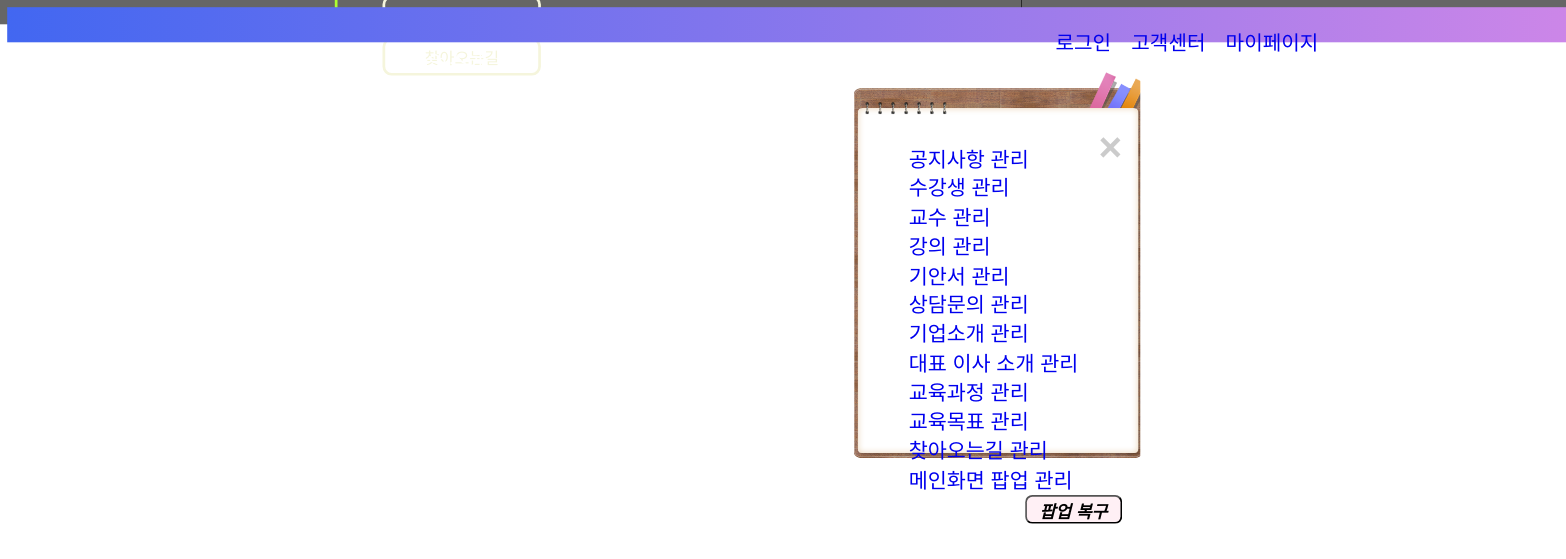
Repository: dldbfl/finalProject
Page: http://localhost/team4_project/WEB-INF/tiles/header.jsp
These files come from the project's save history. The page is drawn as it stood at one moment and after the next save; the edit follows.
The browser window is 1280 px wide. The page is 1740 px wide, so the pictures cover 1740 px, including what lies to the right of the window. The pictures show the whole page, at 90% of full size.
The page is served by Tomcat 9. Nobody is signed in. The template is opened directly, without the code that normally fills it, so the values that code supplies are empty.

Above is the page before, as saved 2020-07-08 07:56:15.
Console error: ReferenceError: $ is not defined

After the next save:
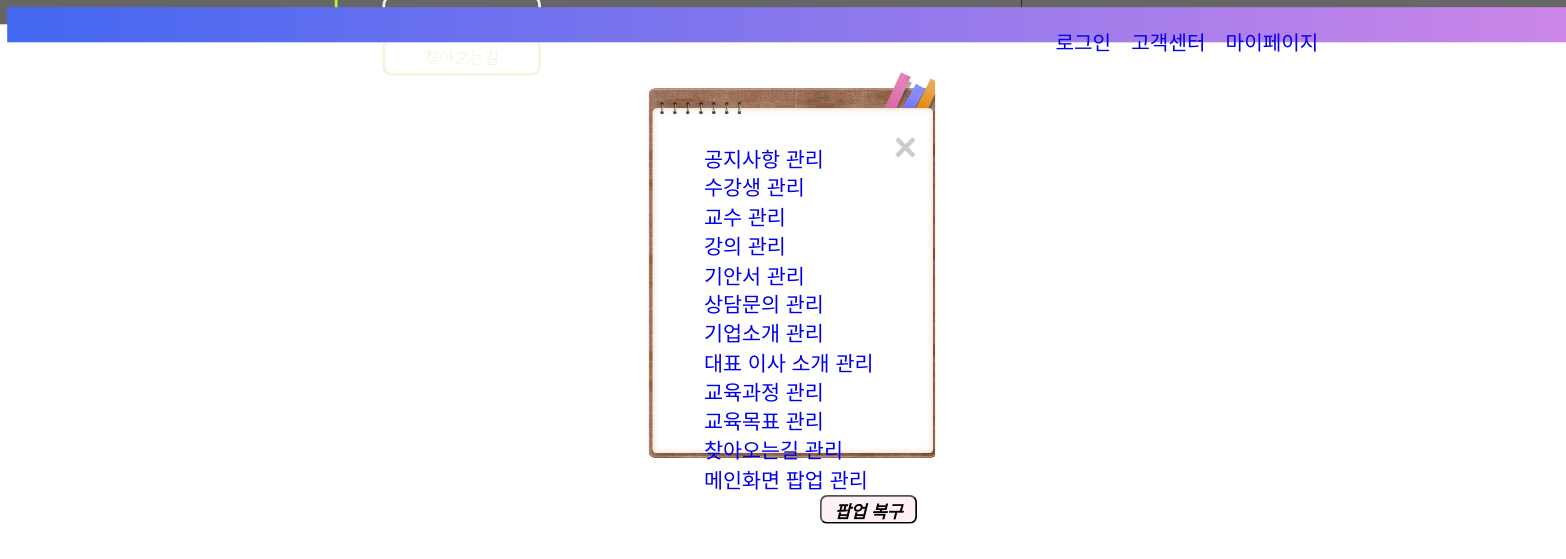
Saved 83 s later.
--- a/team4_project/src/main/webapp/WEB-INF/tiles/header.jsp
+++ b/team4_project/src/main/webapp/WEB-INF/tiles/header.jsp
@@ -120,7 +120,7 @@ background: linear-gradient(to right, #4267f1, #cc86e8); /* W3C, IE 10+/ Edge, F
 			    width: 22%;
 			    height: 68%;
 			    border-radius: 3%;
-			    left: 37%;
+			    left: 19%;
 			    position: relative;
 			    font-family: sans-serif;
 			    top: -6%;
